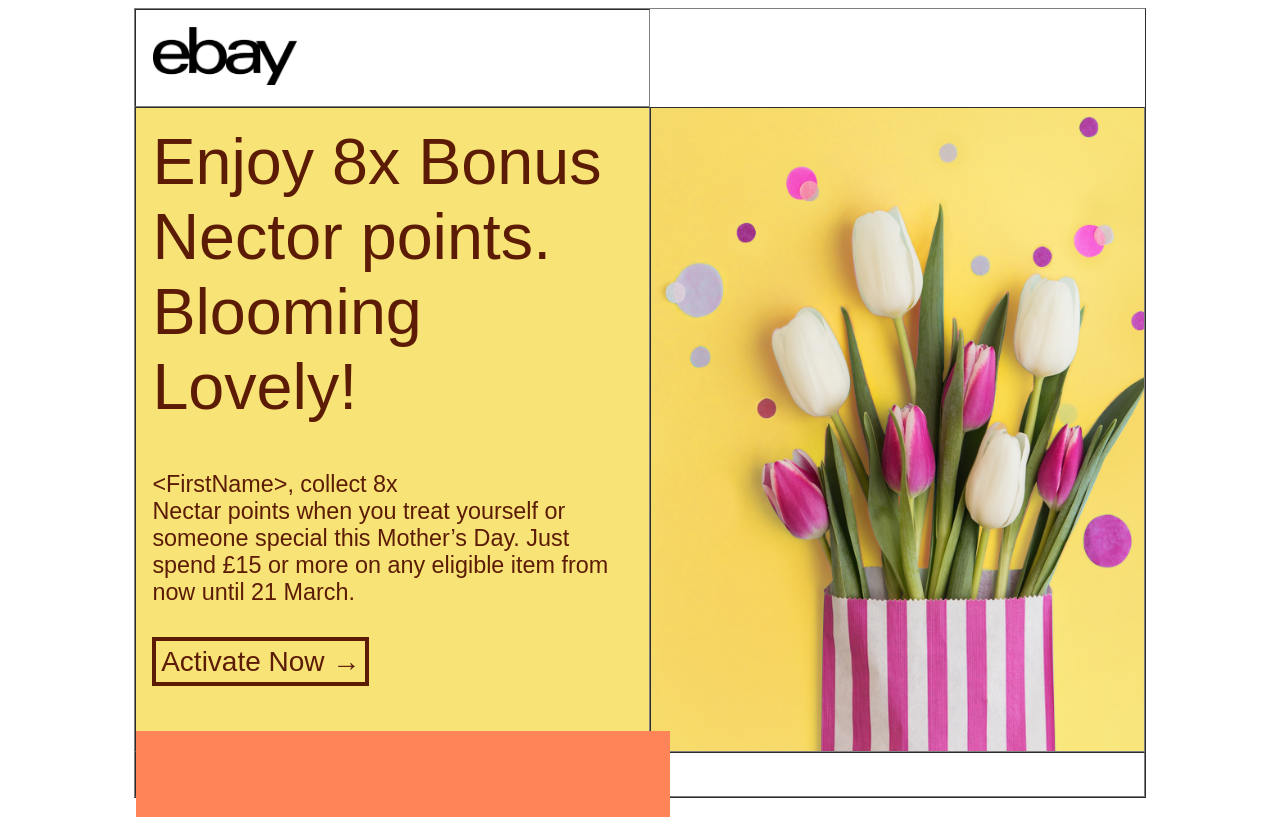
Repository: AnkurDevv/feed-dev-test
Page: index.html
These files come from the project's save history. The page is drawn as it stood at one moment and after the next save; the edit follows.
The browser window is 1280 px wide. The pictures show the whole page.

Above is the page before, as saved 2020-03-29 02:16:49.

After the next save:
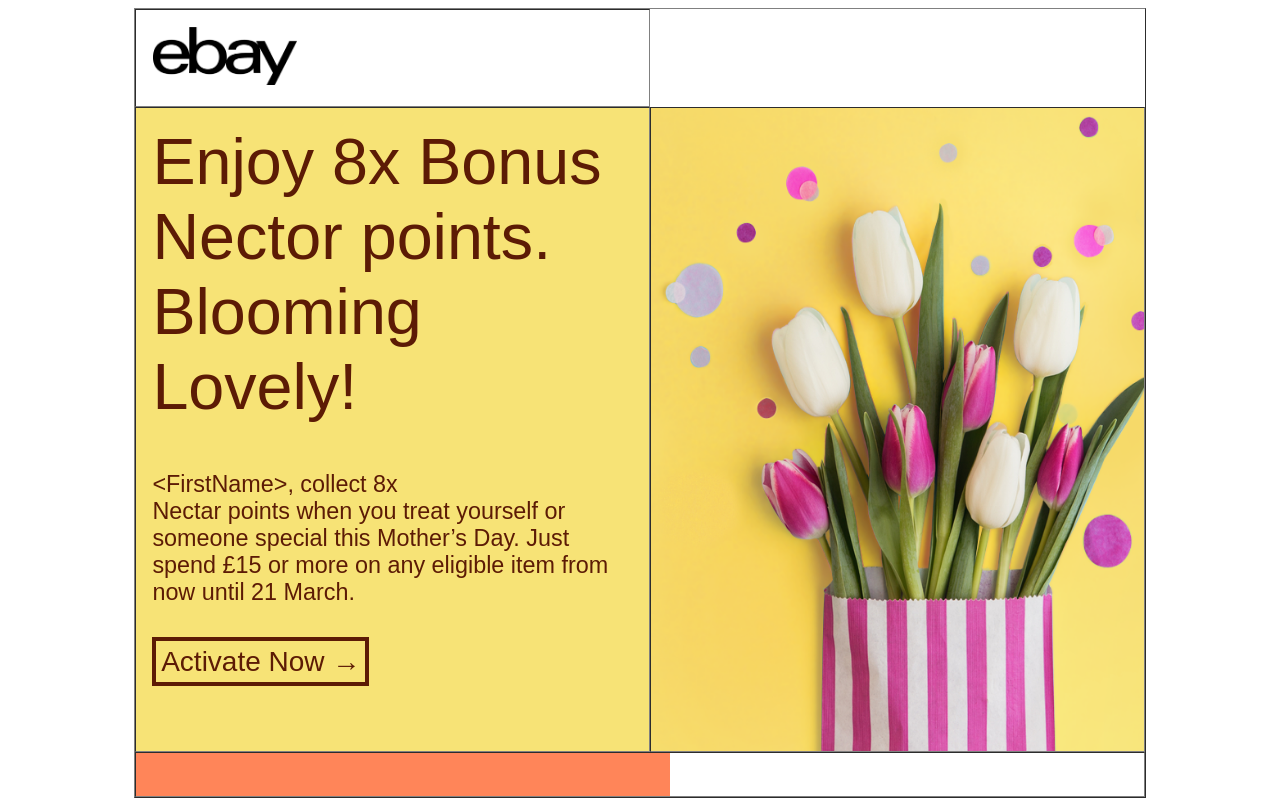
Saved 24 s later.
--- a/index.html
+++ b/index.html
@@ -92,9 +92,9 @@
     <tr id="dividerContainer">
       <td id="divRibbion" colspan="2">
         <!-- RECTANGLE 1 -->
-        <div id="divCol1">
+        <span id="divCol1">
 
-        </div>
+        </span>
         <!-- RECTANGLE 2 -->
         <div id="divCol2">
 
